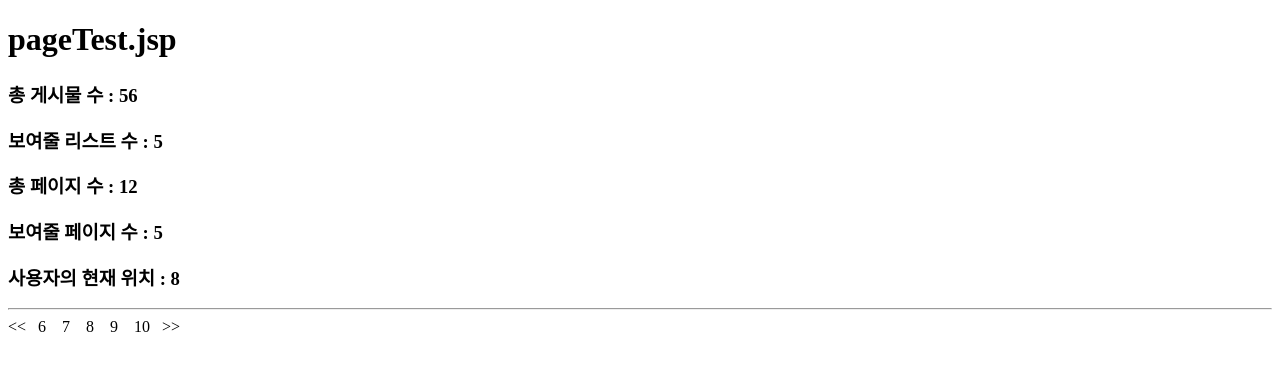
Repository: Rege-97/test
Page: http://localhost/myweb/pageTest.jsp
An editor plug-in stored every save of this project. The page is shown before and after the next save, followed by the edit.
The browser window is 1280 px wide. The pictures show the whole page.
The page is served by Tomcat 9.

Above is the page before, as saved 2025-03-24 05:11:55.

After the next save:
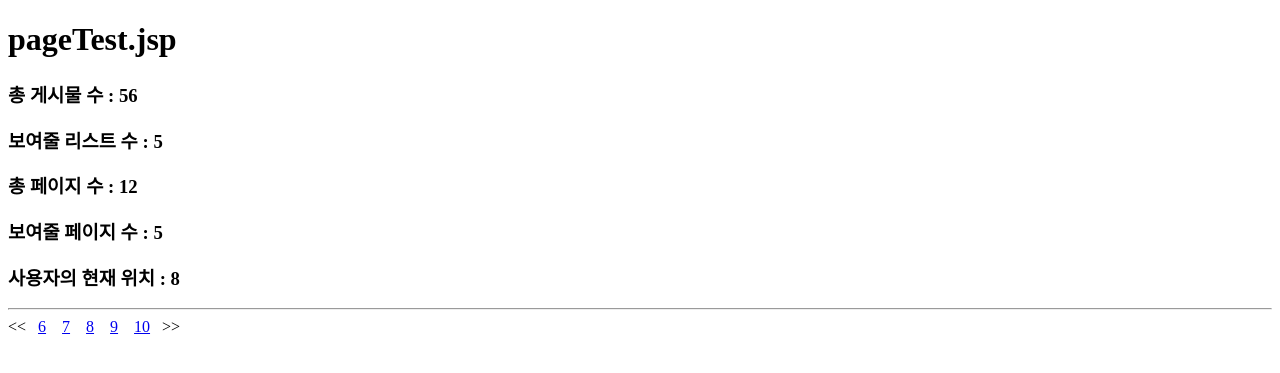
Saved 2 min 35 s later.
--- a/myweb/src/main/webapp/pageTest.jsp
+++ b/myweb/src/main/webapp/pageTest.jsp
@@ -44,7 +44,7 @@
 	%>
 	<%
 	for (int i = (userGroup * pageSize + 1); i <= (userGroup * pageSize + pageSize); i++) {
-	%>&nbsp;&nbsp;<%=i%>&nbsp;&nbsp;<%
+	%>&nbsp;&nbsp;<a href="pageTest.jsp?cp=<%=i%>"><%=i%></a>&nbsp;&nbsp;<%
 	if (i == totalPage) {
 		break;
 	}
